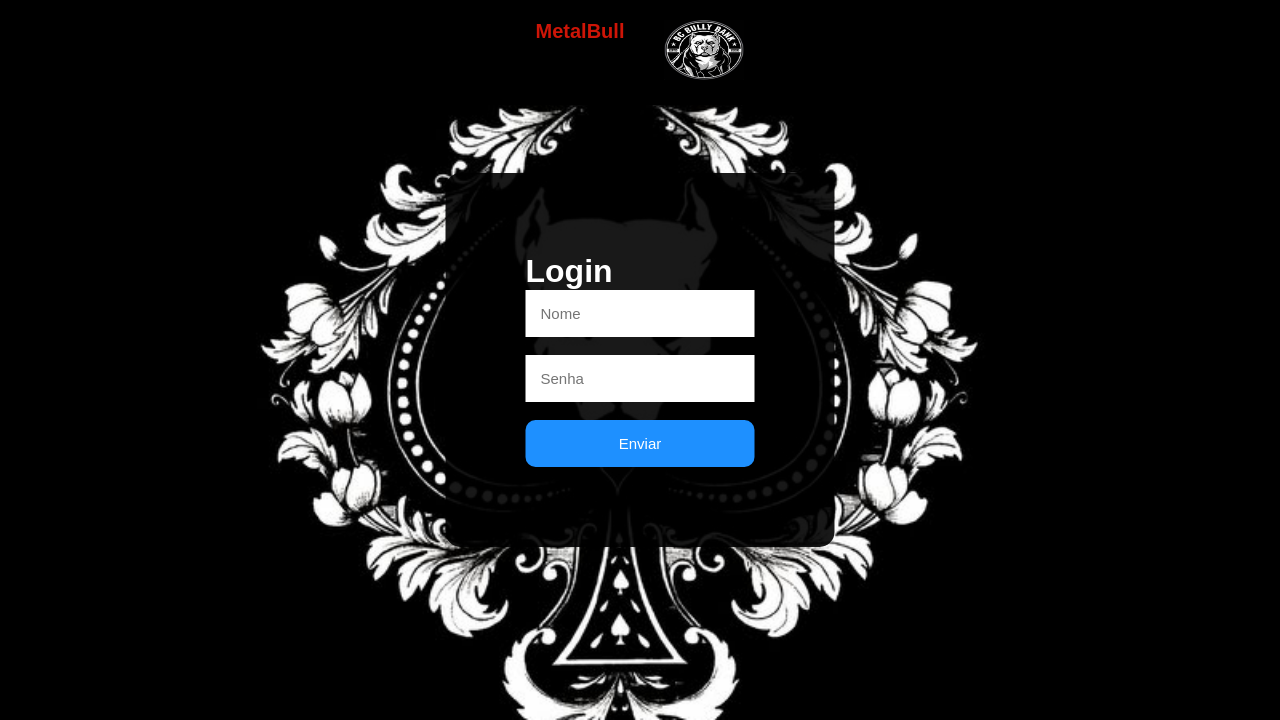
Repository: Vitor4863/Projeto-MetalBull
Page: http://localhost/MetalBull/
These files come from the project's save history. The page is drawn as it stood at one moment and after the next save; the edit follows.
The browser window is 1280 px wide. The pictures show the whole page.
The page is served by Tomcat 9.

Above is the page before, as saved 2022-06-23 21:52:19.

After the next save:
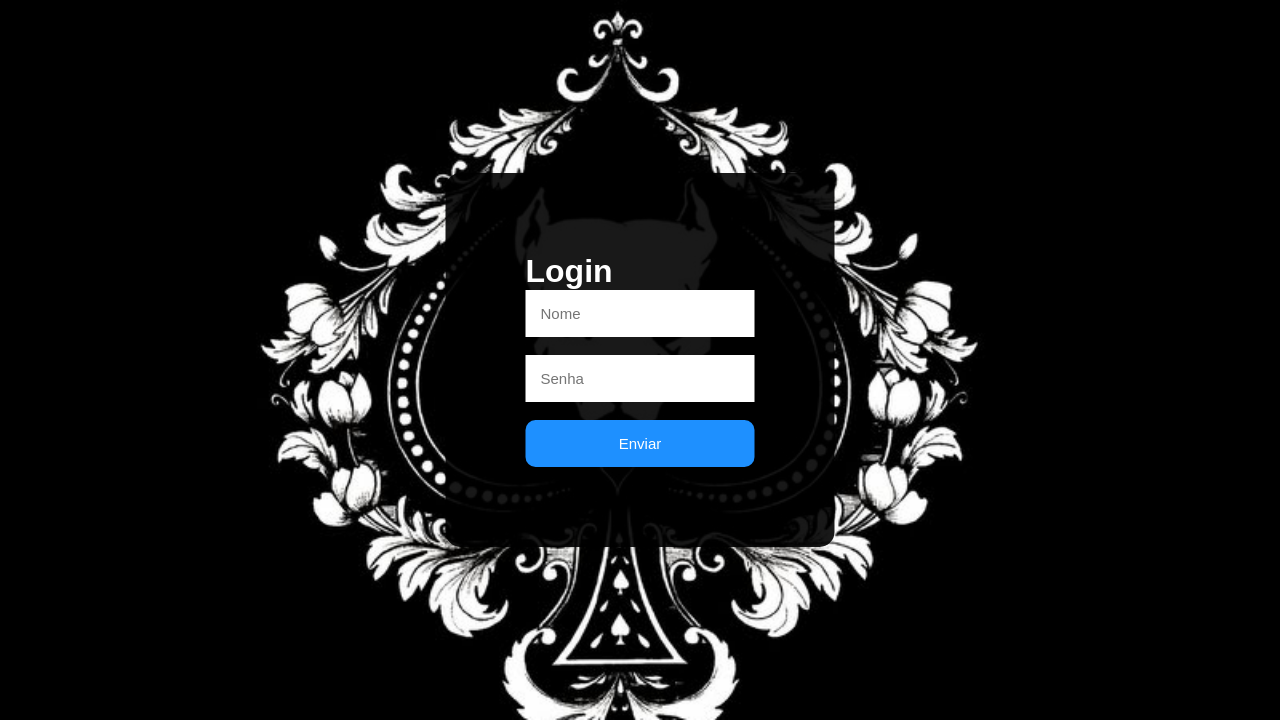
Saved 11 s later.
--- a/MetalBull/src/main/webapp/index.jsp
+++ b/MetalBull/src/main/webapp/index.jsp
@@ -53,13 +53,7 @@ button:hover {
 </style>
 </head>
 <body>
-	<nav class="PitBull">
-		<ul>
-			<li><span style="color: #ce1507">MetalBull</span></li>
-			<li><img src="img/Dog.jpg" height="60px" width="80"></li>
 
-		</ul>
-	</nav>
 	<div>
 		<h1>Login</h1>
 		<input type="text" placeholder="Nome"> <br>
